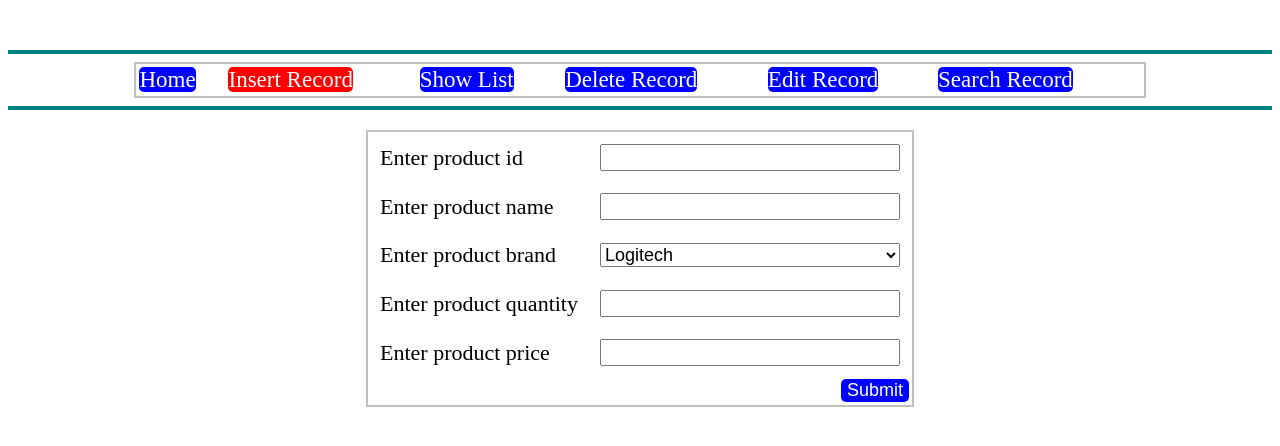
Repository: nikunj-var/Advance_Java
Page: http://localhost/product_management/insert.jsp
The author's editor kept a copy of each file at every save. The page is drawn from the files as they stood at one save, then again after the next save.
The browser window is 1280 px wide. The pictures show the whole page.
The page is served by Tomcat 10.

Above is the page before, as saved 2023-07-21 05:45:55.

After the next save:
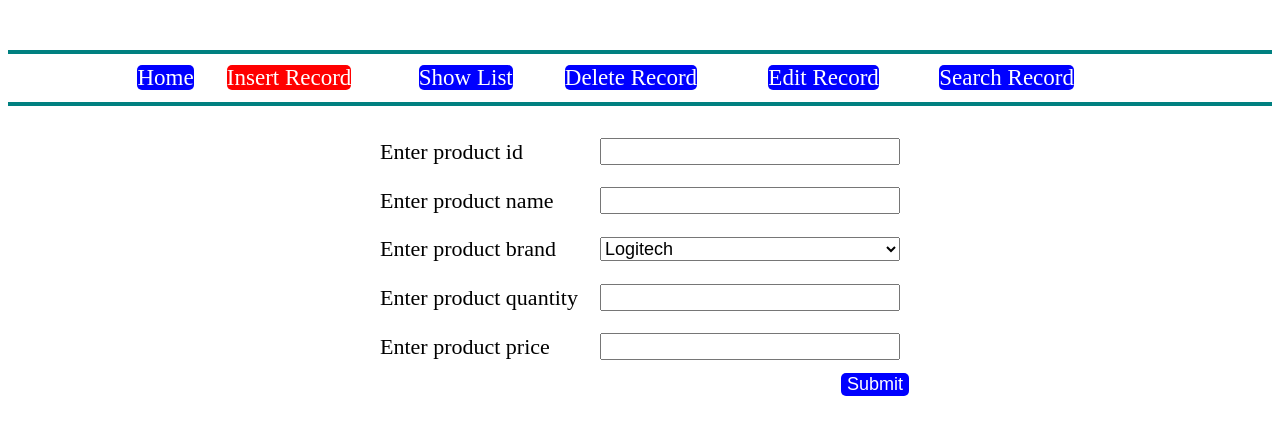
Saved 73 s later.
--- a/product_management/src/main/webapp/CSS/style.css
+++ b/product_management/src/main/webapp/CSS/style.css
@@ -18,7 +18,7 @@
 	margin: auto;
 	margin-top: 20px;
 	font-size: 22px;
-	border: 2px solid silver;
+
 }
 .textbox{
 	font-size: 18px;
